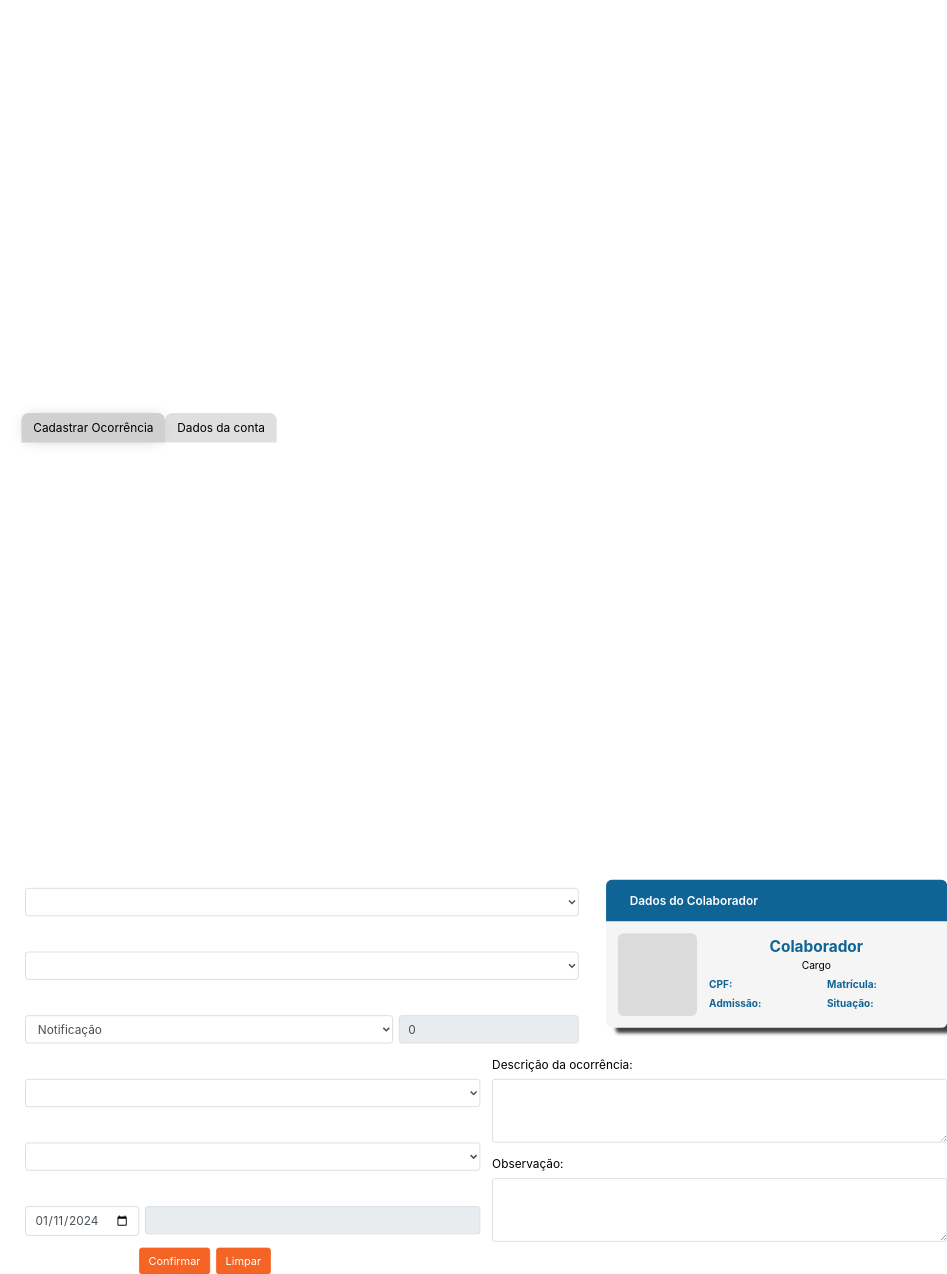
Repository: Conlog-SA/portal_operacional
Page: apps/gente_gestao_fluxo_punitivo/templates/gente_gestao_fluxo_punitivo/fluxo_punitivo.html
An editor plug-in stored every save of this project. The page is shown before and after the next save, followed by the edit.
The browser window is 1280 px wide. The pictures show the whole page, at 74% of full size.
The template is drawn by Django 3.2. The application's start-up code is not run. The template is opened directly, without the code that normally fills it, so the values that code supplies are empty.

Above is the page before, as saved 2024-01-11 13:25:04.
Console error: TypeError: Cannot read properties of null (reading 'addEventListener')

After the next save:
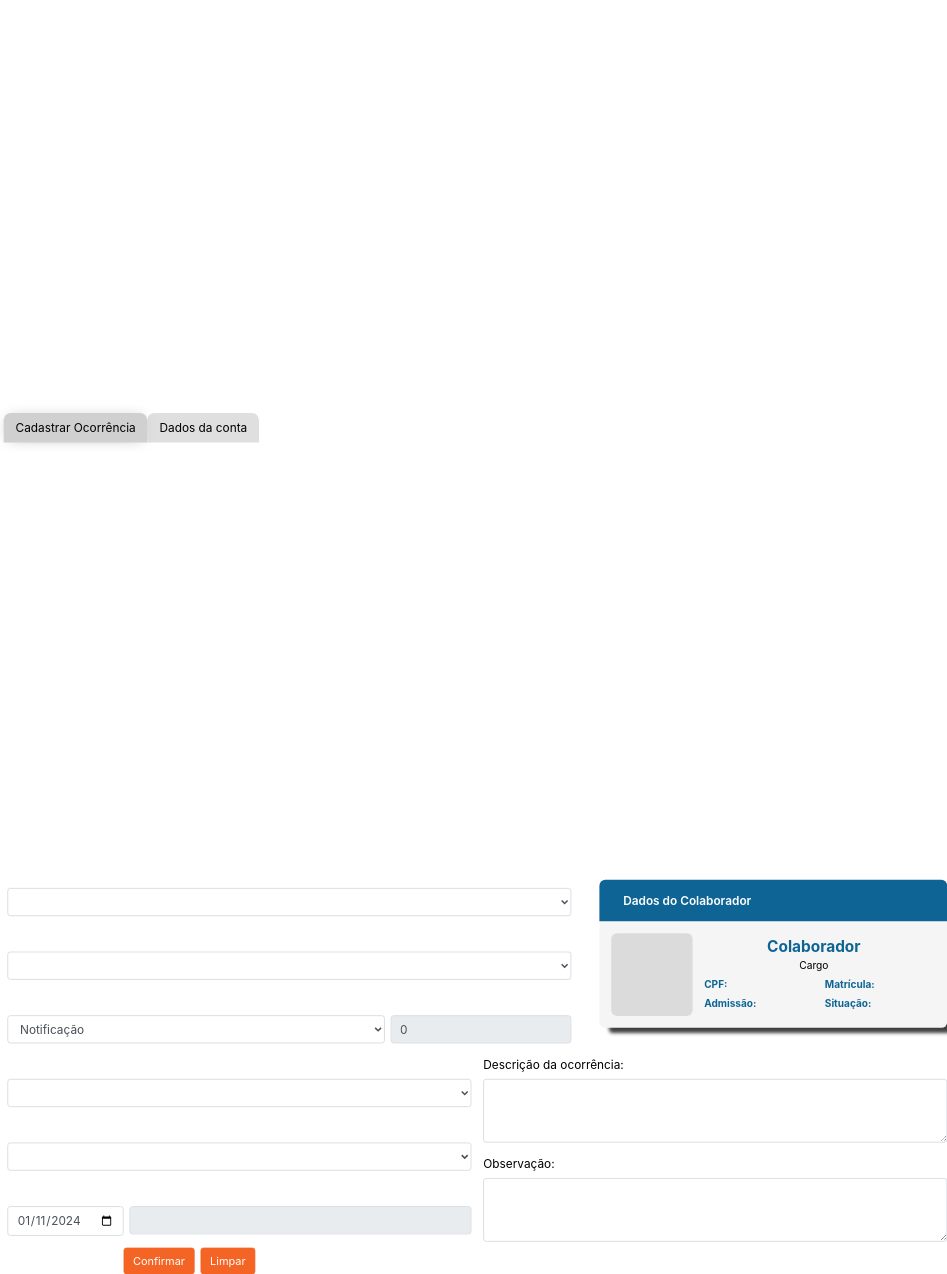
Saved 32 s later.
--- a/apps/gente_gestao_fluxo_punitivo/templates/gente_gestao_fluxo_punitivo/fluxo_punitivo.html
+++ b/apps/gente_gestao_fluxo_punitivo/templates/gente_gestao_fluxo_punitivo/fluxo_punitivo.html
@@ -21,7 +21,7 @@
         <img class="logo_cabecalho" src="{% static 'icons/logo-branca.png' %}" >
     </div>
     <div class="containerApp">
-        <div class="form-group cl_div_tabela_principal_pagina" style="padding-top:0px; padding-left:24px">
+        <div class="form-group cl_div_tabela_principal_pagina" style="padding-top:0px; padding-left:0px">
             <div class="col-md-12 h-100"style="padding-left: 5px; padding-right: 5px;">
                 <nav class="nav nav-tabs" id="myTab" role="tablist">
                     <button class="nav-link active" id="a_tab_cadastrar_ocorrencia" data-bs-toggle="tab"
